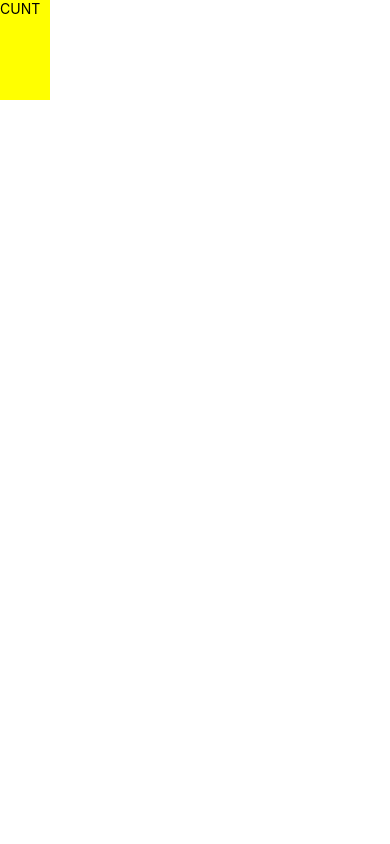
Repository: ph0ph0/ReactNative--UK-Property-App
Screen: /
An editor plug-in stored every save of this project. The screen is shown before and after the next save, followed by the edit.
The app was drawn by React Native's web renderer in a window 390 px wide. The project was rebuilt for these pictures with package versions that can differ from the ones it lists, and the page was loaded fresh each time.

Above is the screen before, as saved 2019-11-16 20:39:40.

### App.tsx
/**
 * Sample React Native App
 * https://github.com/facebook/react-native
 *
 * Generated with the TypeScript template
 * https://github.com/react-native-community/react-native-template-typescript
 *
 * @format
 */

import React, {Fragment, FunctionComponent} from 'react';
import {
  SafeAreaView,
  StyleSheet,
  ScrollView,
  View,
  Text,
  StatusBar,
} from 'react-native';

import {
  Header,
  LearnMoreLinks,
  Colors,
  DebugInstructions,
  ReloadInstructions,
} from 'react-native/Libraries/NewAppScreen';

type PageOneProps = {};
const PageOne: FunctionComponent<PageOneProps> = () => {
  return (
    <View
      style={{
        backgroundColor: 'yellow',
        borderColor: 'red',
        height: 100,
        width: 50,
      }}>
      <Text>CUNT</Text>
    </View>
  );
};

const App = () => {
  return <PageOne />;
};

const styles = StyleSheet.create({
  scrollView: {
    backgroundColor: Colors.lighter,
  },
  engine: {
    position: 'absolute',
    right: 0,
  },
  body: {
    backgroundColor: Colors.white,
  },
  sectionContainer: {
    marginTop: 32,
    paddingHorizontal: 24,
  },
  sectionTitle: {
    fontSize: 24,
    fontWeight: '600',
    color: Colors.black,
  },
  sectionDescription: {
    marginTop: 8,
    fontSize: 18,
    fontWeight: '400',
    color: Colors.dark,
  },
  highlight: {
    fontWeight: '700',
  },
  footer: {
    color: Colors.dark,
    fontSize: 12,
    fontWeight: '600',
    padding: 4,
    paddingRight: 12,
    textAlign: 'right',
  },
});

export default App;

After the next save:
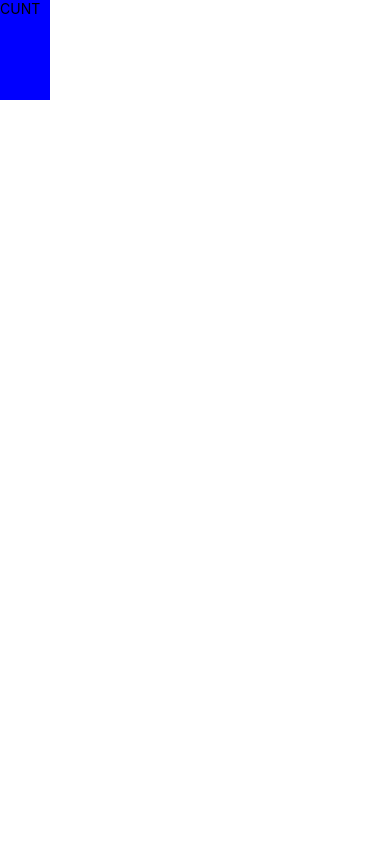
Saved 2 h 5 min later.
--- a/App.tsx
+++ b/App.tsx
@@ -31,7 +31,7 @@ const PageOne: FunctionComponent<PageOneProps> = () => {
   return (
     <View
       style={{
-        backgroundColor: 'yellow',
+        backgroundColor: 'blue',
         borderColor: 'red',
         height: 100,
         width: 50,
